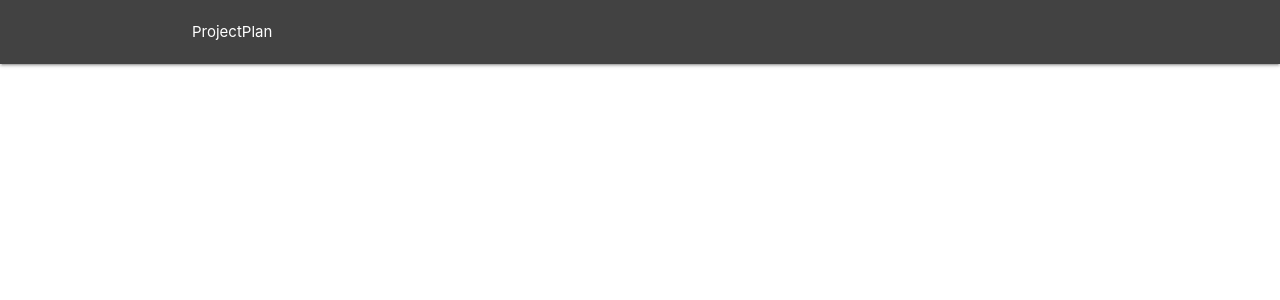
Repository: Ranjan08385/React-Firebase-Project
Page: /
An editor plug-in stored every save of this project. The page is shown before and after the next save, followed by the edit.
The browser window is 1280 px wide. The pictures show the whole page.
The project was rebuilt for these pictures with package versions that can differ from the ones it lists, and the page was loaded fresh each time.

Above is the page before, as saved 2019-10-07 17:50:03.

### public/index.html
<!DOCTYPE html>
<html lang="en">
  <head>
    <meta charset="utf-8" />
    <link rel="icon" href="%PUBLIC_URL%/favicon.ico" />
    <meta name="viewport" content="width=device-width, initial-scale=1" />
    <meta name="theme-color" content="#000000" />
    <meta
      name="description"
      content="Web site created using create-react-app"
    />
    <link rel="apple-touch-icon" href="logo192.png" />
    <!--
      manifest.json provides metadata used when your web app is installed on a
      user's mobile device or desktop. See https://developers.google.com/web/fundamentals/web-app-manifest/
    -->
    <link rel="manifest" href="%PUBLIC_URL%/manifest.json" />
    <!--
      Notice the use of %PUBLIC_URL% in the tags above.
      It will be replaced with the URL of the `public` folder during the build.
      Only files inside the `public` folder can be referenced from the HTML.

      Unlike "/favicon.ico" or "favicon.ico", "%PUBLIC_URL%/favicon.ico" will
      work correctly both with client-side routing and a non-root public URL.
      Learn how to configure a non-root public URL by running `npm run build`.
    -->
    <!--Import Google Icon Font-->
    <!-- Compiled and minified CSS -->
    <link
      rel="stylesheet"
      href="https://cdnjs.cloudflare.com/ajax/libs/materialize/1.0.0/css/materialize.min.css"
    />

    <!-- Compiled and minified JavaScript -->
    <script src="https://cdnjs.cloudflare.com/ajax/libs/materialize/1.0.0/js/materialize.min.js"></script>
    <title>React App</title>
  </head>
  <body>
    <noscript>You need to enable JavaScript to run this app.</noscript>
    <div id="root"></div>
    <!--
      This HTML file is a template.
      If you open it directly in the browser, you will see an empty page.

      You can add webfonts, meta tags, or analytics to this file.
      The build step will place the bundled scripts into the <body> tag.

      To begin the development, run `npm start` or `yarn start`.
      To create a production bundle, use `npm run build` or `yarn build`.
    -->
  </body>
</html>

### src/App.js
import React from "react";
import { BrowserRouter as Router, Route } from "react-router-dom";
import Navbar from "./Components/layouts/Navbar";

function App() {
  return (
    <Router>
      <Navbar />
    </Router>
  );
}

export default App;

### src/Components/layouts/Navbar.js
import React from "react";
import { Link } from "react-router-dom";
const Navbar = () => {
  return (
    <nav className="nav-wrapper grey darken-3">
      <div className="container">
        <Link to="/" className="brand-name">
          ProjectPlan
        </Link>
      </div>
    </nav>
  );
};

export default Navbar;

Loaded but not shown: src/index.js (common file); src/index.css (common file); src/serviceWorker.js (common file)

After the next save:
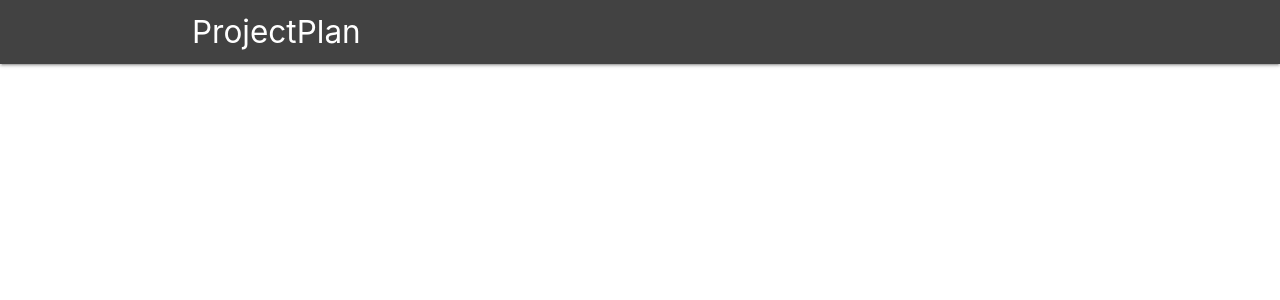
Saved 51 s later.
--- a/src/Components/layouts/Navbar.js
+++ b/src/Components/layouts/Navbar.js
@@ -4,7 +4,7 @@
   return (
     <nav className="nav-wrapper grey darken-3">
       <div className="container">
-        <Link to="/" className="brand-name">
+        <Link to="/" className="brand-logo">
           ProjectPlan
         </Link>
       </div>
